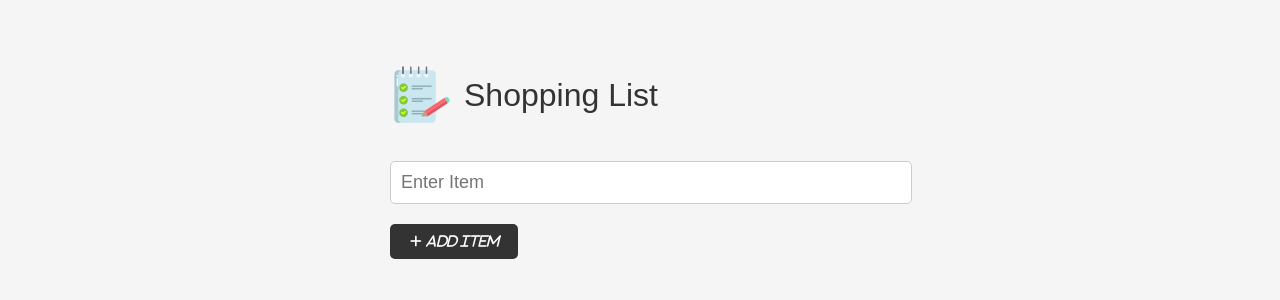
Repository: klaus0005/shopping-list
Page: index.html
These files come from the project's save history. The page is drawn as it stood at one moment and after the next save; the edit follows.
The browser window is 1280 px wide. The pictures show the whole page.
Some web libraries are served in a nearby version.

Above is the page before, as saved 2024-06-26 23:33:30.

### index.html
<!DOCTYPE html>
<html lang="en">

  <head>
    <meta charset="UTF-8" />
    <meta http-equiv="X-UA-Compatible" content="IE=edge" />
    <meta name="viewport" content="width=device-width, initial-scale=1.0" />
    <link rel="stylesheet" href="https://cdnjs.cloudflare.com/ajax/libs/font-awesome/6.1.2/css/all.min.css"
      integrity="sha512-1sCRPdkRXhBV2PBLUdRb4tMg1w2YPf37qatUFeS7zlBy7jJI8Lf4VHwWfZZfpXtYSLy85pkm9GaYVYMfw5BC1A=="
      crossorigin="anonymous" referrerpolicy="no-referrer" />
    <link rel="stylesheet" href="style.css" />
    <title>Shopping List</title>
  </head>

  <body>
    <div class="container">
      <header>
        <img src="images/note.png" alt="" />
        <h1>Shopping List</h1>
      </header>
      <form id="item-form">
        <div class="form-control">
          <input type="text" class="form-input" id="item-input" name="item" placeholder="Enter Item" />
        </div>
        <div class="form-control">
          <button type="submit" class="btn">
            <i class="fa-solid fa-plus"></i> Add Item
          </button>
        </div>
      </form>

      <div class="filter">
        <input type="text" class="form-input-filter" id="filter" placeholder="Filter Items" />
      </div>

      <ul id="item-list" class="items"></ul>

      <button id="clear" class="btn-clear">Clear All</button>
    </div>

    <script src="script.js"></script>
  </body>

</html>

### style.css
git add .
@import url('https://fonts.googleapis.com/css2?family=Poppins:wght@300;400;700&display=swap');

*,
*::before,
*::after {
  margin: 0;
  padding: 0;
  box-sizing: border-box;
}

body {
  font-family: 'Poppins', sans-serif;
  font-size: 16px;
  line-height: 1.5;
  color: #333;
  background-color: #f5f5f5;
}

header {
  display: flex;
  justify-content: flex-start;
  align-items: center;
  margin-bottom: 20px;
}

header h1 {
  font-weight: 300;
  margin-left: 10px;
}

.container {
  max-width: 500px;
  margin: 30px auto;
  padding: 20px;
}

.edit-mode {
  color: #ccc;
}

/* Form & Input */
.form-input {
  width: 100%;
  font-size: 18px;
  margin-bottom: 20px;
  padding: 10px;
  border: 1px solid #ccc;
  border-radius: 5px;
  outline: none;
}

.form-input-filter {
  margin-top: 20px;
  width: 100%;
  font-size: 18px;
  margin-bottom: 20px;
  padding: 10px;
  border: none;
  border-bottom: 1px solid #ccc;
  background: transparent;
  outline: none;
}

/* Buttons */
.btn {
  background-color: #333;
  color: #fff;
  border: none;
  border-radius: 5px;
  padding: 10px 20px;
  cursor: pointer;
}

.btn:hover {
  background-color: #444;
}

.btn-link {
  font-size: 16px;
  background-color: transparent;
  color: #333;
  border: none;
  padding: 0;
  cursor: pointer;
}

.btn-clear {
  margin-top: 20px;
  width: 100%;
  font-size: 16px;
  background-color: transparent;
  color: #333;
  border: 1px solid #ccc;
  border-radius: 5px;
  padding: 10px 20px;
  cursor: pointer;
}

.btn-clear:hover {
  background-color: #f1f1f1;
}

.text-red {
  color: red;
}

/* Items */

.items {
  margin-top: 20px;
  display: flex;
  flex-wrap: wrap;
}

.items li {
  display: flex;
  justify-content: space-between;
  width: 45%;
  border: 1px solid #ccc;
  border-radius: 5px;
  padding: 10px 15px;
  margin: 0 5px 20px;
  font-weight: 700;
  cursor: pointer;
}

@media (max-width: 500px) {
  .items li {
    width: 100%;
  }
}

### script.js
const itemForm = document.getElementById('item-form');
const itemInput = document.getElementById('item-input');
const itemList = document.getElementById('item-list');
const clearBtn = document.getElementById('clear');
const itemFilter = document.getElementById('filter');
const formBtn = itemForm.querySelector('button');
let isEditMode = false;

function displayItems() {
  const itemsFromStorage = getItemsFromStorage();
  itemsFromStorage.forEach((item) => addItemToDOM(item));
  checkUI();
}

function onAddItemSubmit(e) {
  e.preventDefault();
  const newItem = itemInput.value;

  //Validate input
  if (newItem === '') {
    alert('Please add an item');
    return;
  }

  //Check for edit mode
  if (isEditMode) {
    const itemToEdit = itemList.querySelector('.edit-mode');

    removeItemFromStorage(itemToEdit.textContent);
    itemToEdit.classList.remove('.edit-mode');
    itemToEdit.remove();
    isEditMode = false;
  } else {
    if (checkIfItemExist(newItem)) {
      alert('That item already exists!');
      return;
    }
  }

  //Create item to DOM element
  addItemToDOM(newItem);

  //Add item to local storage
  addItemToStorage(newItem);

  checkUI();

  itemInput.value = '';
}

function addItemToDOM(item) {
  //Create list item
  const li = document.createElement('li');
  li.appendChild(document.createTextNode(item));

  const button = createButton('remove-item btn-link text-red');
  li.appendChild(button);

  // Add li to the DOM
  itemList.appendChild(li);
}

function createButton(classes) {
  const button = document.createElement('button');
  button.className = classes;
  const icon = createIcon('fa-solid fa-xmark');
  button.appendChild(icon);
  return button;
}

function createIcon(classes) {
  const icon = document.createElement('i');
  icon.className = classes;
  return icon;
}

function addItemToStorage(item) {
  const itemsFromStorage = getItemsFromStorage();

  // Add new item to an array
  itemsFromStorage.push(item);

  //convert to JSON string and set to local storage
  localStorage.setItem('items', JSON.stringify(itemsFromStorage));
}

function getItemsFromStorage() {
  let itemsFromStorage;

  if (localStorage.getItem('items') === null) {
    itemsFromStorage = [];
  } else {
    itemsFromStorage = JSON.parse(localStorage.getItem('items'));
  }

  return itemsFromStorage;
}

function onClickItem(e) {
  if (e.target.parentElement.classList.contains('remove-item')) {
    removeItem(e.target.parentElement.parentElement);
  } else {
    setItemToEdit(e.target);
  }
}

function checkIfItemExist(item) {
  const itemsFromStorage = getItemsFromStorage();
  return itemsFromStorage.includes(item);
}

function setItemToEdit(item) {
  isEditMode = true;

  itemList
    .querySelectorAll('li')
    .forEach((i) => i.classList.remove('edit-mode'));

  item.classList.add('edit-mode');
  formBtn.innerHTML = '<i class="fa-solid fa-pen"></i>   Update Item';
  itemInput.value = item.textContent;
  formBtn.style.backgroundColor = '#228B22';
}

function removeItem(item) {
  if (confirm('Are you sure')) {
    //Remove item from DOM
    item.remove();

    //Remove item from storage
    removeItemFromStorage(item.textContent);

    checkUI();
  }
}

function removeItemFromStorage(item) {
  let itemsFromStorage = getItemsFromStorage();
  //Filter out item to be removed

  itemsFromStorage = itemsFromStorage.filter((i) => i !== item);

  //re-set to local storage
  localStorage.setItem('items', JSON.stringify(itemsFromStorage));
}

function clearItems() {
  while (itemList.firstChild) {
    itemList.removeChild(itemList.firstChild);
  }

  //Clear from localStorage
  localStorage.removeItem('items');
  checkUI();
}

function filterItems(e) {
  const items = itemList.querySelectorAll('li');
  const text = e.target.value.toLowerCase();
  items.forEach((item) => {
    const itemName = item.firstChild.textContent.toLowerCase();
    if (itemName.indexOf(text) != -1) {
      item.style.display = 'flex';
    } else {
      item.style.display = 'none';
    }
  });
}

function checkUI() {
  itemInput.value = '';

  const items = itemList.querySelectorAll('li');
  if (items.length === 0) {
    clearBtn.style.display = 'none';
    itemFilter.style.display = 'none';
  } else {
    clearBtn.style.display = 'block';
    itemFilter.style.display = 'block';
  }

  formBtn.innerHTML = '<i class="fa-solid fa-plus"><i> Add item';
  formBtn.classList.add('btn');

  isEditMode = false;
}

//Initialize app
function init() {
  // Event listeners
  itemForm.addEventListener('submit', onAddItemSubmit);
  itemList.addEventListener('click', onClickItem);
  clearBtn.addEventListener('click', clearItems);
  itemFilter.addEventListener('input', filterItems);
  document.addEventListener('DOMContentLoaded', displayItems);

  checkUI();
}
init();

After the next save:
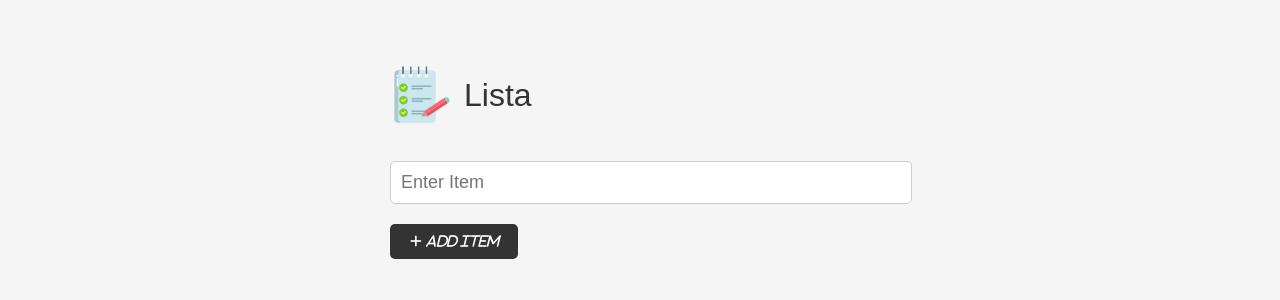
Saved 17 min 27 s later.
--- a/index.html
+++ b/index.html
@@ -16,7 +16,7 @@
     <div class="container">
       <header>
         <img src="images/note.png" alt="" />
-        <h1>Shopping List</h1>
+        <h1>Lista</h1>
       </header>
       <form id="item-form">
         <div class="form-control">
